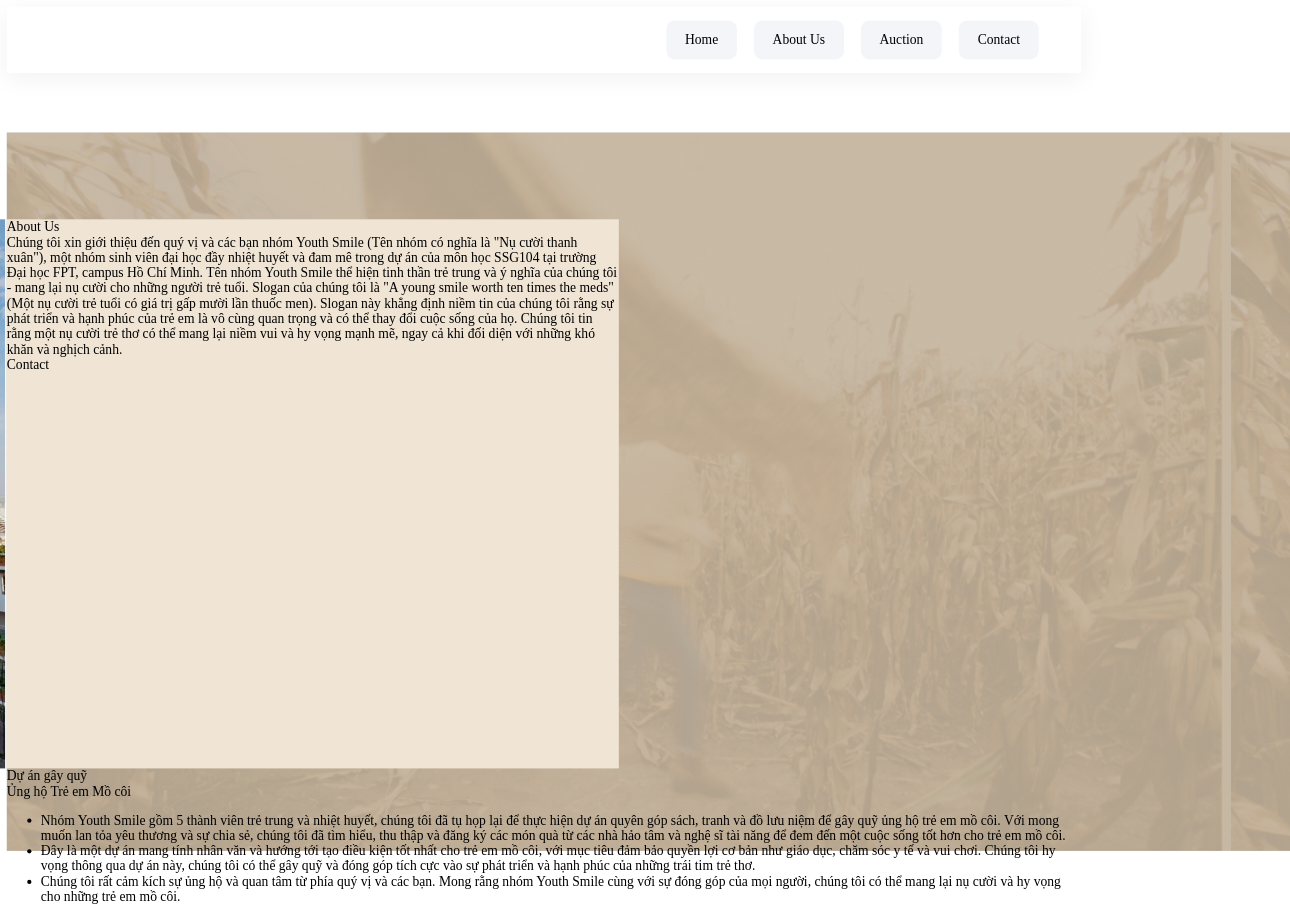
Repository: anatole24/Youth-Smile
Page: about.html
An editor plug-in stored every save of this project. The page is shown before and after the next save, followed by the edit.
The browser window is 1280 px wide. The page is 1518 px wide, so the pictures cover 1518 px, including what lies to the right of the window. The pictures show the whole page, at 85% of full size.
Some web fonts or font styles are not loaded; a fallback is used.

Above is the page before, as saved 2023-06-29 14:26:33.

### about.html
<!DOCTYPE html>
<head>
  <meta charset="UTF-8">
  <meta http-equiv="X-UA-Compatible" content="IE=edge">
  <meta name="viewport" content="width=device-width, initial-scale=1.0">
  <link rel="stylesheet" href="https://cdnjs.cloudflare.com/ajax/libs/font-awesome/6.4.0/css/all.min.css" integrity="sha512-iecdLmaskl7CVkqkXNQ/ZH/XLlvWZOJyj7Yy7tcenmpD1ypASozpmT/E0iPtmFIB46ZmdtAc9eNBvH0H/ZpiBw==" crossorigin="anonymous" referrerpolicy="no-referrer">
  <link rel="preconnect" href="https://fonts.googleapis.com">
  <link rel="preconnect" href="https://fonts.gstatic.com" crossorigin="">
  <link href="https://fonts.googleapis.com/css2?family=Dancing+Script&amp;family=Geologica&amp;family=Kaushan+Script&amp;family=Lobster&amp;family=Marck+Script&amp;family=Merienda&amp;family=Patrick+Hand&amp;family=Patrick+Hand+SC&amp;family=Playball&amp;family=Roboto&amp;family=Roboto+Condensed&amp;display=swap" rel="stylesheet">
  <link rel="stylesheet" href="header.css">
  <link rel="stylesheet" href="about.css">
  <title>About Us</title>
  <body>
    <div class="header">
      <div class="header_container">
        <div class="header_list"><a class="header_item" href="./index.html">Home</a><a class="header_item" href="./about.html">About Us</a><a class="header_item" href="./auction.html">Auction</a><a class="header_item" href="./contact.html">Contact</a></div>
      </div>
    </div>
    <section class="about">
      <div class="about-top">
        <div class="top-img"></div>
        <div class="top-left">
          <div class="left-title">About Us</div>
          <div class="left-content">Chúng tôi xin giới thiệu đến quý vị và các bạn nhóm Youth Smile (Tên nhóm có nghĩa là "Nụ cười thanh xuân"), một nhóm sinh viên đại học đầy nhiệt huyết và đam mê trong dự án của môn học SSG104 tại trường Đại học FPT, campus Hồ Chí Minh. Tên nhóm Youth Smile thể hiện tinh thần trẻ trung và ý nghĩa của chúng tôi - mang lại nụ cười cho những người trẻ tuổi. Slogan của chúng tôi là "A young smile worth ten times the meds" (Một nụ cười trẻ tuổi có giá trị gấp mười lần thuốc men). Slogan này khẳng định niềm tin của chúng tôi rằng sự phát triển và hạnh phúc của trẻ em là vô cùng quan trọng và có thể thay đổi cuộc sống của họ. Chúng tôi tin rằng một nụ cười trẻ thơ có thể mang lại niềm vui và hy vọng mạnh mẽ, ngay cả khi đối diện với những khó khăn và nghịch cảnh.</div><a class="left-button" href="./contact.html">Contact</a>
        </div>
        <div class="top-right"></div>
        <div class="top-image"></div>
      </div>
      <div class="about-center">
        <div class="center-img"></div>
        <div class="center-left"> </div>
        <div class="center-right">
          <div class="right-title">Dự án gây quỹ </div>
          <div class="right-title2">Ủng hộ Trẻ em Mồ côi</div>
          <div class="right-content">
            <ul>
              <li>Nhóm Youth Smile gồm 5 thành viên trẻ trung và nhiệt huyết, chúng tôi đã tụ họp lại để thực hiện dự án quyên góp sách, tranh và đồ lưu niệm để gây quỹ ủng hộ trẻ em mồ côi. Với mong muốn lan tỏa yêu thương và sự chia sẻ, chúng tôi đã tìm hiểu, thu thập và đăng ký các món quà từ các nhà hảo tâm và nghệ sĩ tài năng để đem đến một cuộc sống tốt hơn cho trẻ em mồ côi.</li>
              <li>Đây là một dự án mang tính nhân văn và hướng tới tạo điều kiện tốt nhất cho trẻ em mồ côi, với mục tiêu đảm bảo quyền lợi cơ bản như giáo dục, chăm sóc y tế và vui chơi. Chúng tôi hy vọng thông qua dự án này, chúng tôi có thể gây quỹ và đóng góp tích cực vào sự phát triển và hạnh phúc của những trái tim trẻ thơ.</li>
              <li>Chúng tôi rất cảm kích sự ủng hộ và quan tâm từ phía quý vị và các bạn. Mong rằng nhóm Youth Smile cùng với sự đóng góp của mọi người, chúng tôi có thể mang lại nụ cười và hy vọng cho những trẻ em mồ côi.</li>
            </ul>
          </div>
        </div>
      </div>
    </section>
  </body>
</head>

### header.css
:root {
  --primary-color: #c08d18bb;
}
body {
  overflow-x: hidden;
}
a {
  text-decoration: none;
  color: inherit;
}
button {
  cursor: pointer;
  outline: none;
  font: inherit;
  background-color: transparent;
  border: none;
}

.header {
  background-color: white;
  padding: 16px 0;
  box-shadow: 0px 6px 30px 0px rgba(15, 15, 15, 0.06);
  margin-bottom: 70px;
}
.header_container {
  margin: 0 auto;
}
.header_list {
  margin-right: 50px;
  display: flex;
  align-items: center;
  justify-content: flex-end;
  gap: 20px;
  flex-direction: row;
  flex-wrap: nowrap;
}
.header_item {
  padding: 14px 22px;
  border-radius: 10px;
  background-color: #f4f5f9;
  display: block;
  transition: background-color 0.2s linear, color 0.25s ease-in;
}
.header_item:hover {
  background-color: #c08d18bb;
  color: white;
}

### about.css
:root {
  --primary-color: #77472d;
  --second-color: #f0e5d5;
}
.top-img {
  width: 1510px;
  height: 845px;
  flex-shrink: 0;
  background: linear-gradient(
      0deg,
      rgba(234, 232, 218, 0.01) 0%,
      rgba(234, 232, 218, 0.01) 100%
    ),
    url("./images/a-back.png"), lightgray 50% / cover no-repeat;
}
.top-left {
  width: 720px;
  height: 646px;
  margin-top: -743px;
  flex-shrink: 0;
  background: #f0e5d5;
}
.top-right {
  width: 718px;
  height: 646px;
  margin-top: -646px;
  margin-left: -720px;
  flex-shrink: 0;
  background: url("./images/fpt-campus.jpg") no-repeat center right/ cover;
  object-position: bottom;
}

After the next save:
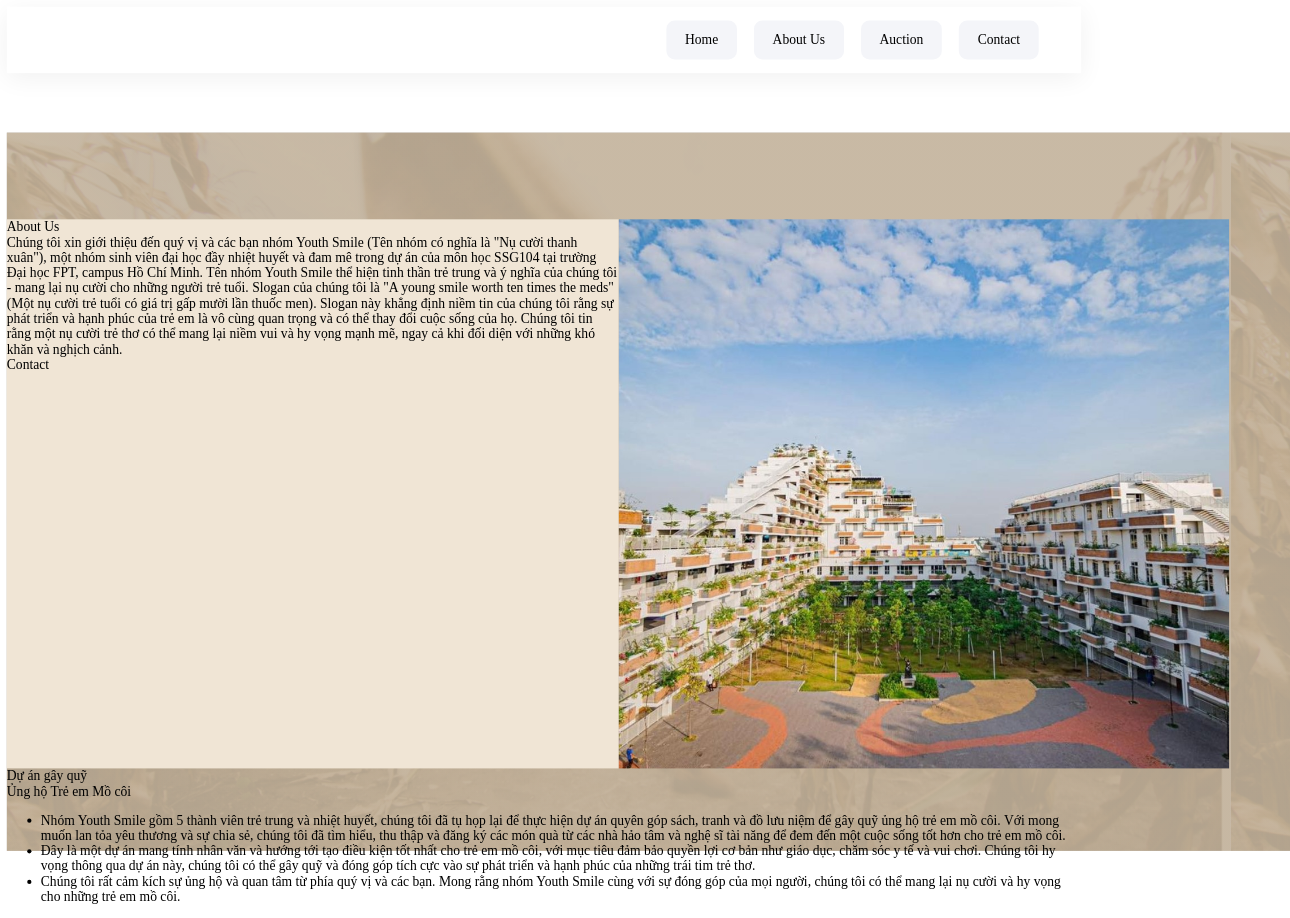
Saved 14 s later.
--- a/about.css
+++ b/about.css
@@ -24,7 +24,7 @@
   width: 718px;
   height: 646px;
   margin-top: -646px;
-  margin-left: -720px;
+  margin-left: 720px;
   flex-shrink: 0;
   background: url("./images/fpt-campus.jpg") no-repeat center right/ cover;
   object-position: bottom;
